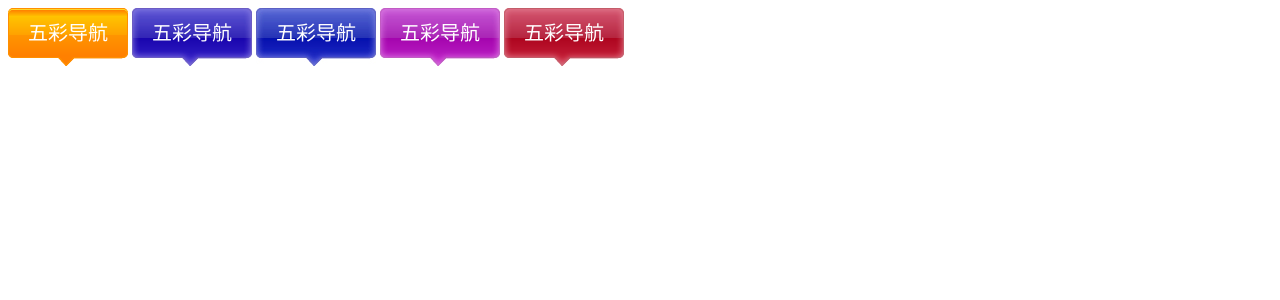
Repository: zhengdeya/web-based
Page: 25-五彩导航/index.html
The author's editor kept a copy of each file at every save. The page is drawn from the files as they stood at one save, then again after the next save.
The browser window is 1280 px wide. The pictures show the whole page.
The pointer rests on the first visible `.nav .bg2`.

Above is the page before, as saved 2021-03-30 11:38:04.

### 25-五彩导航/index.html
<!DOCTYPE html>
<html lang="en">

<head>
    <meta charset="UTF-8">
    <meta http-equiv="X-UA-Compatible" content="IE=edge">
    <meta name="viewport" content="width=device-width, initial-scale=1.0">
    <title>五彩导航</title>
    <link rel="stylesheet" href="style.css">
</head>

<body>
    <div class="nav">
        <a href="" class="bg1">五彩导航</a>
        <a href="" class="bg2">五彩导航</a>
        <a href="" class="bg3">五彩导航</a>
        <a href="" class="bg4">五彩导航</a>
        <a href="" class="bg5">五彩导航</a>
    </div>

</body>

</html>

### 25-五彩导航/style.css
.nav a {
    /* 设置为行内块/ */
    display: inline-block;
    width: 120px;
    height: 60px;
    /* background-color: pink; */
    text-align: center;
    line-height: 50px;
    text-decoration: none;
    font-size: 20px;
    color: white;
}

.nav .bg1 {
    background-image: url(imgs/bg1.png);
    background-repeat: no-repeat;

}

.nav .bg1:hover {
    background: url(imgs/bg11.png) no-repeat;
}

.nav .bg2 {
    background-image: url(imgs/bg2.png);
    background-repeat: no-repeat;
}

.nav .bg2:hover {
    background: url(imgs/bg11.png) no-repeat;
}

.nav .bg3 {
    background-image: url(imgs/bg3.jpg);
    background-repeat: no-repeat;
}

.nav .bg3:hover {
    background: url(imgs/bg11.png) no-repeat;
}

.nav .bg4 {
    background-image: url(imgs/bg4.png);
    background-repeat: no-repeat;
}

.nav .bg4:hover {
    background: url(imgs/bg11.png) no-repeat;
}

.nav .bg5 {
    background-image: url(imgs/bg5.png);
    background-repeat: no-repeat;
}

.nav .bg5:hover {
    background: url(imgs/bg11.png) no-repeat;
}

After the next save:
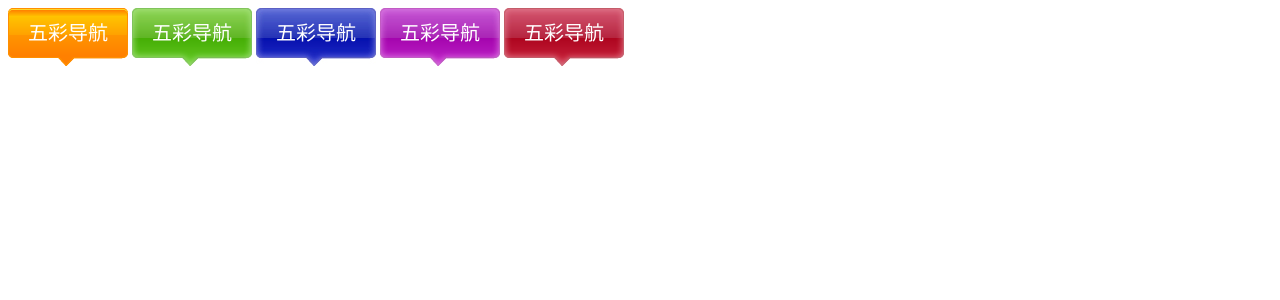
Saved 36 s later.
--- a/25-五彩导航/style.css
+++ b/25-五彩导航/style.css
@@ -27,7 +27,7 @@
 }
 
 .nav .bg2:hover {
-    background: url(imgs/bg11.png) no-repeat;
+    background: url(imgs/bg22.png) no-repeat;
 }
 
 .nav .bg3 {
